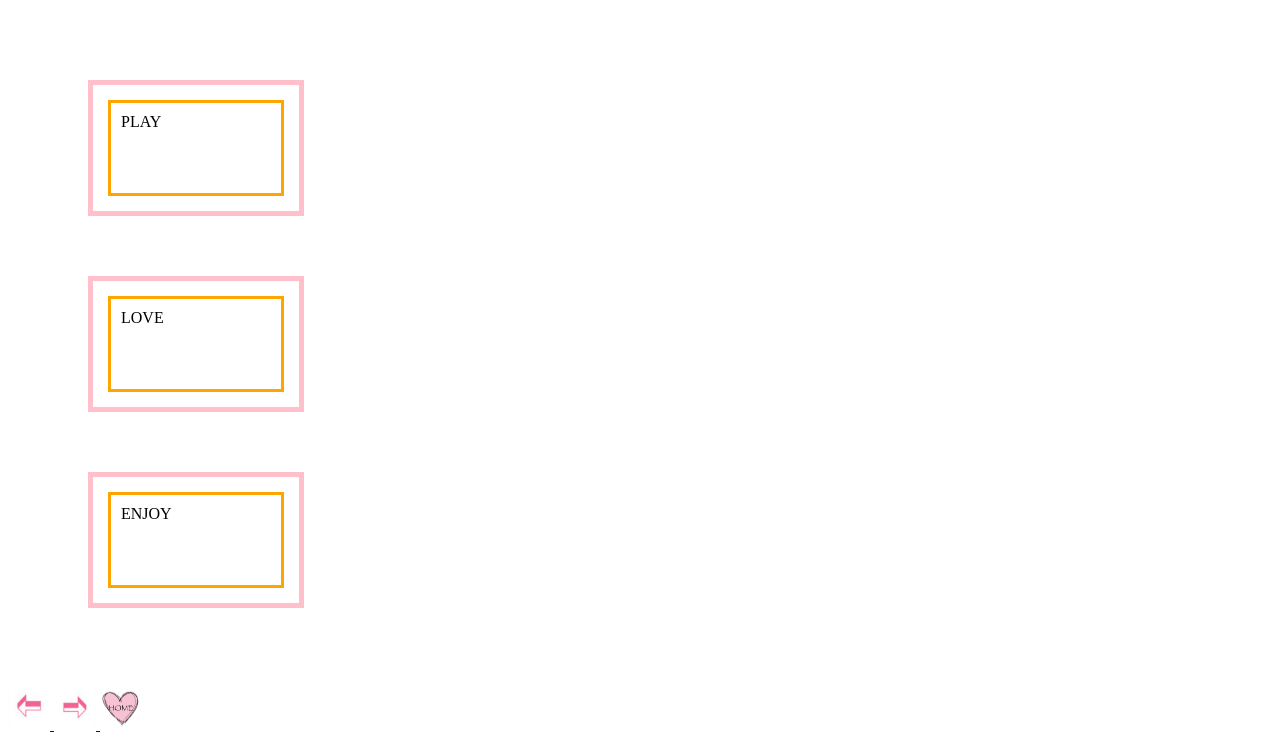
Repository: hyereechoi/hyereechoi.github.io
Page: h2.html
The author's editor kept a record of every edit. The page is drawn from the files as they stood at one moment, then again after the next edit.
The browser window is 1280 px wide. The pictures show the whole page.

Above is the page before.

### h2.html
<!DOCTYPE html>
<html>
<head>
<style>
div {
    margin: 20px;
    width: 150px;
    padding: 10px;
    height: 70px;
    border: 3px solid black;
    outline: 5px solid red;
    outline-offset: 15px;
}
</style>
</head>
<body>


<div> PLAY </div>

<style>
div {
    margin: 100px;
    width: 150px;
    padding: 10px;
    height: 70px;
    border: 3px solid orange;
    outline: 5px solid red;
    outline-offset: 15px;
}
</style>
</head>
<body>


<div>LOVE </div>

<style>
div {
    margin: 100px;
    width: 150px;
    padding: 10px;
    height: 70px;
    border: 3px solid orange;
    outline: 5px solid pink;
    outline-offset: 15px;
}
</style>
</head>
<body>


<div>ENJOY </div>


<a href="h1.html">
<img src="pre.jpg" style="width:42px;height:42px;border:0">
</a>



<a href="h3.html">
<img src="next.jpg" style="width:42px;height:42px;border:0">
</a>

<a href="index.html">
<img src="home.jpg" style="width:42px;height:42px;border:0">
</a>


</body>
</html>

After the next edit:
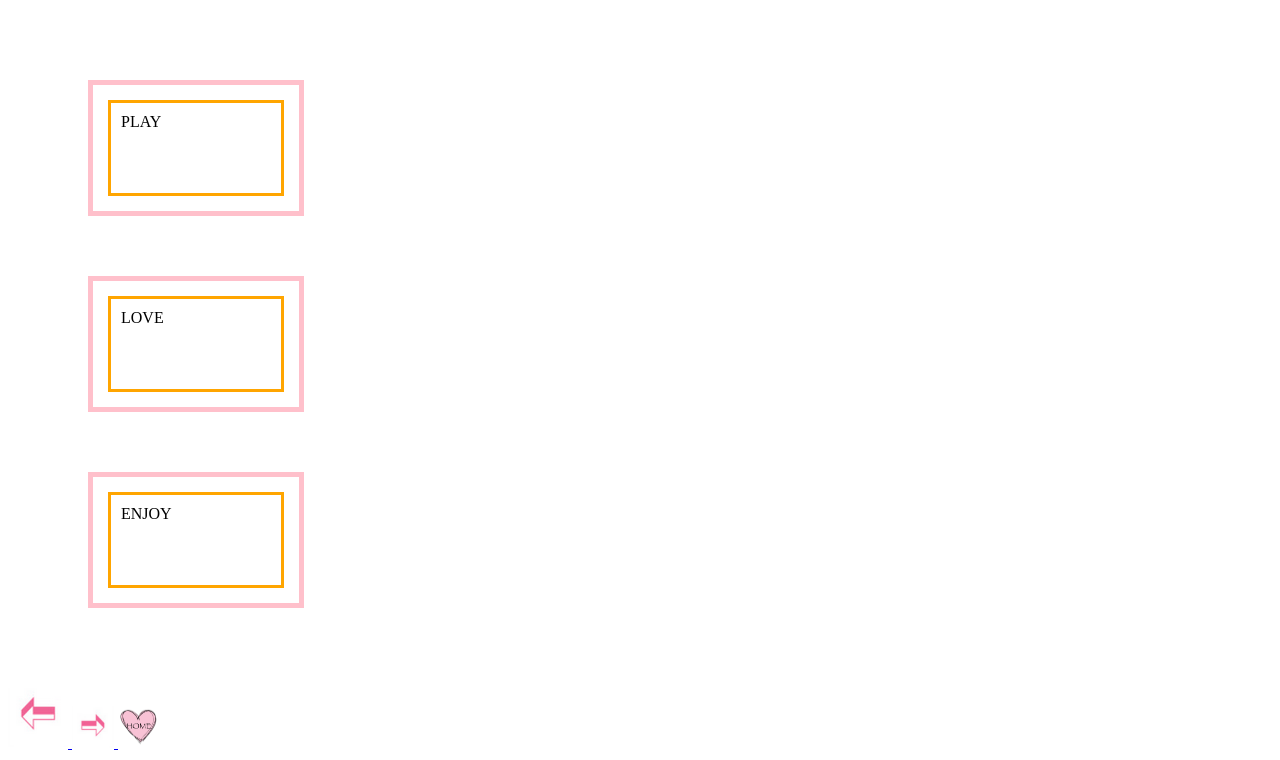
The edit:
--- a/h2.html
+++ b/h2.html
@@ -54,7 +54,7 @@
 
 
 <a href="h1.html">
-<img src="pre.jpg" style="width:42px;height:42px;border:0">
+<img src="pre.jpg" style="width:60px;height:60px;border:0">
 </a>
 
 
